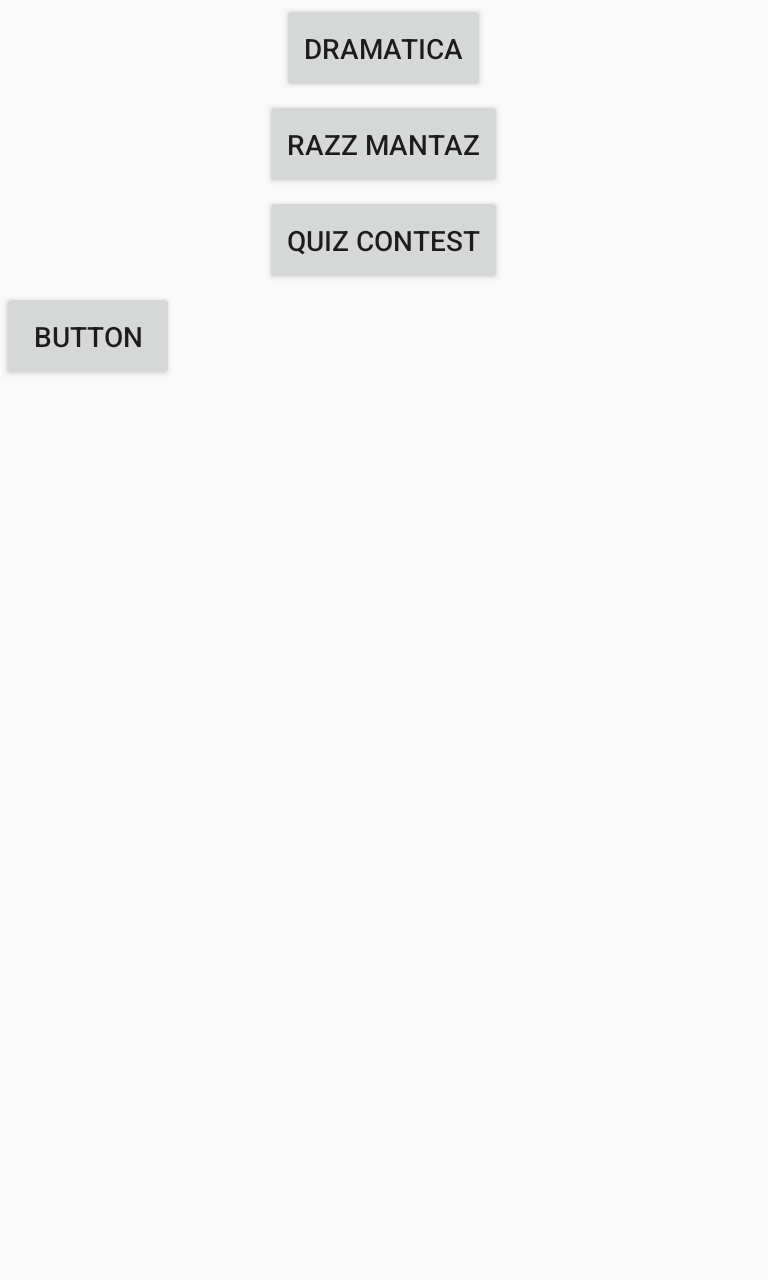
Repository: Attaphon1996/Engineering-Stuff
Layout: OSource/Android Play/Android_Projects/YASH15.0/res/layout/day2_cultural.xml
The author's editor kept a copy of each file at every save. The layout is drawn from the files as they stood at one save, then again after the next save.
It is drawn on a 768 x 1280 px phone screen (xhdpi) without system bars, with theme AppTheme; the app's code is not run.

Above is the layout before, as saved 2015-02-09 11:51:23.

### OSource/Android Play/Android_Projects/YASH15.0/res/layout/day2_cultural.xml
<?xml version="1.0" encoding="utf-8"?>
<LinearLayout xmlns:android="http://schemas.android.com/apk/res/android"
    android:layout_width="match_parent"
    android:layout_height="match_parent"
    android:orientation="vertical"
     >

    <Button
        android:id="@+id/dramatica"
        android:layout_width="wrap_content"
        android:layout_height="wrap_content"
        android:text="DRAMATICA"
        android:layout_gravity="center" />

    <Button
        android:id="@+id/razzmantaz"
        android:layout_width="wrap_content"
        android:layout_height="wrap_content"
        android:text="RAZZ MANTAZ"
        android:layout_gravity="center" />

    <Button
        android:id="@+id/quizcontest"
        android:layout_width="wrap_content"
        android:layout_height="wrap_content"
        android:text="QUIZ CONTEST"
        android:layout_gravity="center" />

    <Button
        android:id="@+id/button4"
        android:layout_width="wrap_content"
        android:layout_height="wrap_content"
        android:text="Button" />

</LinearLayout>

Loaded but not shown: OSource/Android Play/Android_Projects/YASH15.0/res/values/styles.xml (common file); OSource/Android Play/Android_Projects/YASH15.0/res/values-v11/styles.xml (common file); OSource/Android Play/Android_Projects/YASH15.0/res/values-v14/styles.xml (common file)

After the next save:
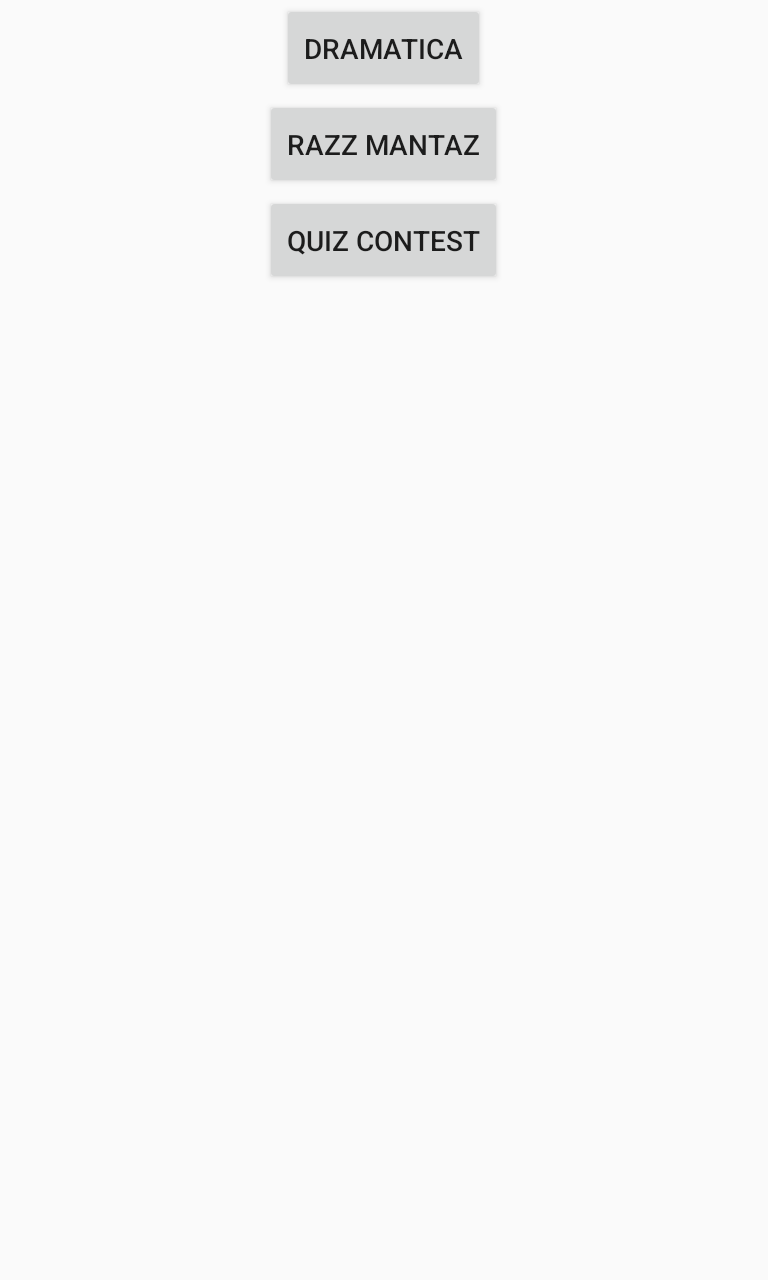
Saved 14 s later.
--- a/OSource/Android Play/Android_Projects/YASH15.0/res/layout/day2_cultural.xml
+++ b/OSource/Android Play/Android_Projects/YASH15.0/res/layout/day2_cultural.xml
@@ -26,10 +26,4 @@
         android:text="QUIZ CONTEST"
         android:layout_gravity="center" />
 
-    <Button
-        android:id="@+id/button4"
-        android:layout_width="wrap_content"
-        android:layout_height="wrap_content"
-        android:text="Button" />
-
 </LinearLayout>
